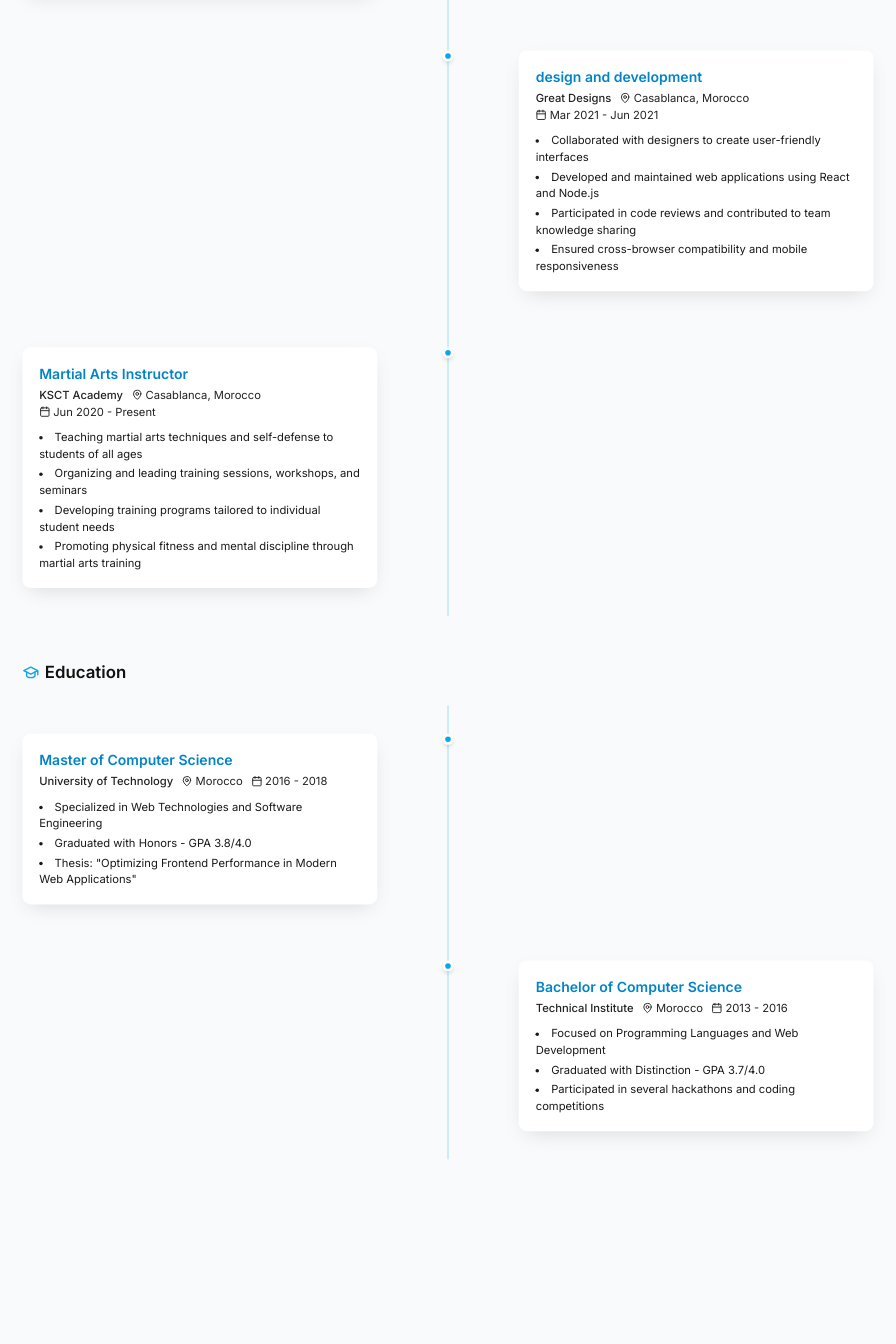
Repository: Abdelilah-Lakrim/Personal_Portfolio
Page: /
An editor plug-in stored every save of this project. The page is shown before and after the next save, followed by the edit.
The browser window is 1280 px wide. The pictures show the part of the page from y = 4580 to 6500 px (the page is 7929 px tall before and 7505 px after), at 70% of full size.
The project was rebuilt for these pictures with package versions that can differ from the ones it lists, and the page was loaded fresh each time. Also part of the build but not shown: vite.config.ts.

Above is the page before, as saved 2025-05-21 12:44:46.

### index.html
<!doctype html>
<html lang="en">
  <head>
    <meta charset="UTF-8" />
    <link rel="icon" type="image/svg+xml" href="/favicon.svg" />
    <meta name="viewport" content="width=device-width, initial-scale=1.0" />
    <meta name="description" content="Abdelilah Lakrim - Full Stack Developer Portfolio">
    <title>Abdelilah Lakrim | Full Stack Developer</title>
  </head>
  <body>
    <div id="root"></div>
    <script type="module" src="/src/main.tsx"></script>
  </body>
</html>

### src/App.tsx
import React, { useEffect, useState } from 'react';
import Header from './components/Header';
import Hero from './components/Hero';
import About from './components/About';
import Projects from './components/Projects';
import Experience from './components/Experience';
import Skills from './components/Skills';
import Contact from './components/Contact';
import Footer from './components/Footer';
import Cursor from './components/Cursor';
import ScrollToTop from './components/ScrollToTop';

// Import smooth scrolling
import Lenis from '@studio-freight/lenis';

function App() {
  const [mounted, setMounted] = useState(false);

  useEffect(() => {
    // Initialize smooth scrolling
    const lenis = new Lenis({
      duration: 1.2,
      easing: (t) => Math.min(1, 1.001 - Math.pow(2, -10 * t)),
      orientation: 'vertical',
      gestureOrientation: 'vertical',
      smoothWheel: true,
      smoothTouch: false,
      touchMultiplier: 2,
    });

    function raf(time: number) {
      lenis.raf(time);
      requestAnimationFrame(raf);
    }

    requestAnimationFrame(raf);

    // Add intersection observer for animation on scroll
    const observer = new IntersectionObserver(
      (entries) => {
        entries.forEach((entry) => {
          if (entry.isIntersecting) {
            entry.target.classList.add('animate-visible');
          }
        });
      },
      { threshold: 0.1 }
    );

    const hiddenElements = document.querySelectorAll('.animate-hidden');
    hiddenElements.forEach((el) => observer.observe(el));

    setMounted(true);

    return () => {
      // Cleanup
      hiddenElements.forEach((el) => observer.unobserve(el));
    };
  }, []);

  return (
    <div className="hidden-cursor min-h-screen bg-gray-50">
      {mounted && <Cursor />}
      <Header />
      <main>
        <Hero />
        <About />
        <Skills />
        <Projects />
        <Experience />
        <Contact />
      </main>
      <Footer />
      <ScrollToTop />
    </div>
  );
}

export default App;

### src/index.css
@import url('https://fonts.googleapis.com/css2?family=Inter:wght@300;400;500;600;700&family=Poppins:wght@500;600;700&display=swap');

@tailwind base;
@tailwind components;
@tailwind utilities;

:root {
  --cursor-color: rgba(14, 165, 233, 0.7);
}

* {
  margin: 0;
  padding: 0;
  box-sizing: border-box;
  scroll-behavior: smooth;
}

body {
  @apply bg-gray-50 text-dark-800 font-sans overflow-x-hidden;
}

/* Custom cursor styles */
.custom-cursor {
  position: fixed;
  width: 20px;
  height: 20px;
  border-radius: 50%;
  background-color: var(--cursor-color);
  transform: translate(-50%, -50%);
  pointer-events: none;
  z-index: 9999;
  mix-blend-mode: difference;
  transition: transform 0.2s ease-out, opacity 0.2s ease-out, width 0.2s ease-out, height 0.2s ease-out;
}

.custom-cursor.hover {
  width: 50px;
  height: 50px;
  opacity: 0.5;
}

.hidden-cursor {
  cursor: none;
}

/* Custom scrollbar */
::-webkit-scrollbar {
  width: 8px;
}

::-webkit-scrollbar-track {
  @apply bg-gray-100;
}

::-webkit-scrollbar-thumb {
  @apply bg-primary-500 rounded-full;
}

::-webkit-scrollbar-thumb:hover {
  @apply bg-primary-600;
}

/* Section styles */
.section-container {
  @apply max-w-7xl mx-auto px-4 sm:px-6 lg:px-8 py-20;
}

.section-title {
  @apply text-3xl md:text-4xl lg:text-5xl font-bold font-heading mb-8 text-dark-800 relative;
}

.section-title::after {
  content: '';
  @apply absolute bottom-0 left-0 w-24 h-1 bg-primary-500 mt-2 rounded-full;
}

/* Button styles */
.btn-primary {
  @apply px-6 py-3 bg-primary-500 text-white font-medium rounded-md shadow-md hover:bg-primary-600 transition-all duration-300 transform hover:-translate-y-1 focus:outline-none focus:ring-2 focus:ring-primary-400 focus:ring-opacity-50;
}

.btn-secondary {
  @apply px-6 py-3 bg-transparent border-2 border-primary-500 text-primary-500 font-medium rounded-md shadow-md hover:bg-primary-50 transition-all duration-300 transform hover:-translate-y-1 focus:outline-none focus:ring-2 focus:ring-primary-400 focus:ring-opacity-50;
}

/* 3D card effect */
.tilt-card {
  @apply relative overflow-hidden rounded-xl shadow-smooth bg-white p-6 transition-all duration-300 hover:shadow-neon;
  transform-style: preserve-3d;
  transform: perspective(1000px);
}

.skill-bar {
  @apply h-2 rounded-full bg-gray-200 overflow-hidden mt-2;
}

.skill-progress {
  @apply h-full bg-primary-500 rounded-full;
  transition: width 1.5s ease-in-out;
}

/* Animation classes */
.animate-hidden {
  opacity: 0;
  transform: translateY(30px);
}

.animate-visible {
  opacity: 1;
  transform: translateY(0);
  transition: opacity 0.8s ease, transform 0.8s ease;
}

/* Project card styles */
.project-card {
  @apply relative overflow-hidden rounded-xl shadow-smooth transition-all duration-300;
  transform-style: preserve-3d;
  transform: perspective(1000px);
}

.project-card img {
  @apply transition-all duration-500;
}

.project-card:hover img {
  @apply scale-105;
}

.project-card-content {
  @apply absolute inset-0 p-6 flex flex-col justify-end bg-gradient-to-t from-dark-900/80 to-transparent text-white opacity-0 transition-all duration-300;
}

.project-card:hover .project-card-content {
  @apply opacity-100;
}

/* Timeline styles */
.timeline-container {
  @apply relative;
}

.timeline-container::before {
  content: '';
  @apply absolute left-0 md:left-1/2 h-full w-0.5 bg-primary-200 transform md:-translate-x-1/2;
}

.timeline-item {
  @apply relative pt-10 pb-10;
}

.timeline-dot {
  @apply absolute left-0 md:left-1/2 w-4 h-4 rounded-full bg-primary-500 border-4 border-white shadow-md transform md:-translate-x-1/2 z-10;
}

.timeline-content {
  @apply ml-6 md:ml-0 md:w-5/12 p-6 bg-white rounded-xl shadow-smooth transition-all duration-300 hover:shadow-neon;
}

.timeline-item:nth-child(even) .timeline-content {
  @apply md:ml-auto md:mr-0;
}

.timeline-item:nth-child(odd) .timeline-content {
  @apply md:mr-auto md:ml-0;
}

### src/components/About.tsx
import React from 'react';
import { motion } from 'framer-motion';
import { Code, PaintBucket, Smartphone, Globe } from 'lucide-react';
import { Tilt } from 'react-tilt';

const tiltOptions = {
  max: 15,
  scale: 1.05,
  speed: 1000,
  glare: true,
  "max-glare": 0.1,
};

const About: React.FC = () => {
  const services = [
    {
      title: 'Web Development',
      icon: <Code className="w-10 h-10 text-primary-500" />,
      description:
        'Custom websites with clean code and modern frameworks. Specializing in React, Vue, and Node.js.',
    },
    {
      title: 'UI/UX Design',
      icon: <PaintBucket className="w-10 h-10 text-primary-500" />,
      description:
        'Creative designs that focus on user experience. Wireframing, prototyping, and implementing beautiful interfaces.',
    },
    {
      title: 'Mobile Development',
      icon: <Smartphone className="w-10 h-10 text-primary-500" />,
      description:
        'Native and cross-platform mobile apps for iOS and Android using React Native and Flutter.',
    },
    {
      title: 'E-Commerce Solutions',
      icon: <Globe className="w-10 h-10 text-primary-500" />,
      description:
        'Complete online shopping experiences from product catalogs to secure payment integrations.',
    },
  ];

  return (
    <section id="about" className="py-20">
      <div className="section-container">
        <motion.div
          initial={{ opacity: 0, y: 20 }}
          whileInView={{ opacity: 1, y: 0 }}
          viewport={{ once: true }}
          transition={{ duration: 0.8 }}
          className="animate-hidden"
        >
          <h2 className="section-title">About Me</h2>
          <div className="grid grid-cols-1 lg:grid-cols-2 gap-12 items-center">
            {/* About content */}
            <div>
              <p className="text-lg text-dark-700 mb-6">
                Hi there! I'm <span className="font-semibold text-primary-600">Abdelilah Lakrim</span>, a passionate Full Stack Developer based in Morocco with over 3 years of experience in creating beautiful, functional, and user-centered digital experiences.
              </p>
              <p className="text-lg text-dark-700 mb-6">
                With a strong foundation in both front-end and back-end technologies, I enjoy bringing ideas to life in the browser. My approach combines clean code, intuitive design, and performance optimization to deliver exceptional digital experiences.
              </p>
              <p className="text-lg text-dark-700 mb-8">
                When I'm not coding, you'll find me exploring new technologies, contributing to open-source projects, or enjoying nature. I'm always open to new challenges and opportunities to grow.
              </p>

              {/* Personal details */}
              <div className="grid grid-cols-1 md:grid-cols-2 gap-y-4 gap-x-8 mb-8">
                <div>
                  <h3 className="text-dark-800 font-semiboldi">Name:</h3>
                  <p>Abdelilah Lakrim</p>
                </div>
                <div>
                  <h3 className="text-dark-800 font-semibold">Email:</h3>
                  <p>lakrimabdelilah@gmail.com</p>
                </div>
                <div>
                  <h3 className="text-dark-800 font-semibold">Location:</h3>
                  <p>Casablanca, Morocco</p>
                </div>
                <div>
                  <h3 className="text-dark-800 font-semibold">Availability:</h3>
                  <p>Available for freelance</p>
                </div>
              </div>

              <a href="/abdelilah-lakrim-resume.pdf" className="btn-primary">
                Download Resume
              </a>
            </div>

            {/* Services */}
            <div className="grid grid-cols-1 sm:grid-cols-2 gap-4">
              {services.map((service, index) => (
                <Tilt key={index} options={tiltOptions}>
                  <div className="tilt-card h-full">
                    <div className="mb-4">{service.icon}</div>
                    <h3 className="text-xl font-semibold text-dark-800 mb-2">
                      {service.title}
                    </h3>
                    <p className="text-dark-600">{service.description}</p>
                  </div>
                </Tilt>
              ))}
            </div>
          </div>
        </motion.div>
      </div>
    </section>
  );
};

export default About;

### src/components/Experience.tsx
import React from 'react';
import { motion } from 'framer-motion';
import { Calendar, MapPin, Briefcase } from 'lucide-react';

interface ExperienceItem {
  id: number;
  position: string;
  company: string;
  location: string;
  duration: string;
  description: string[];
}

const Experience: React.FC = () => {
  const experiences: ExperienceItem[] = [
    {
      id: 1,
      position: 'Full Stack Web Developer',
      company: 'LeBahutdesEntrepreneurs.',
      location: 'Remote',
      duration: 'apr 2025 - Present',
      description: [
        'Building and maintaining responsive web applications',
        'Implemented modern UI/UX designs using React, TypeScript, and Tailwind CSS',
        'Reduced page load time by 40% through code optimization and lazy loading techniques',
        'Integrated third-party APIs and services to extend application functionality',
      ],
    },
    {
      id: 2,
      position: 'design and development',
      company: 'Great Designs',
      location: 'Casablanca, Morocco',
      duration: 'Mar 2021 - Jun 2021',
      description: [
        'Collaborated with designers to create user-friendly interfaces',
        'Developed and maintained web applications using React and Node.js',
        'Participated in code reviews and contributed to team knowledge sharing',
        'Ensured cross-browser compatibility and mobile responsiveness',
      ],
    },
    {
      id: 3,
      position: 'Martial Arts Instructor',
      company: 'KSCT Academy',
      location: 'Casablanca, Morocco',
      duration: 'Jun 2020 - Present',
      description: [
        'Teaching martial arts techniques and self-defense to students of all ages',
        'Organizing and leading training sessions, workshops, and seminars',
        'Developing training programs tailored to individual student needs',
        'Promoting physical fitness and mental discipline through martial arts training',
      ],
    },
  ];

  const education = [
    {
      id: 1,
      degree: 'Master of Computer Science',
      institution: 'University of Technology',
      location: 'Morocco',
      duration: '2016 - 2018',
      description: [
        'Specialized in Web Technologies and Software Engineering',
        'Graduated with Honors - GPA 3.8/4.0',
        'Thesis: "Optimizing Frontend Performance in Modern Web Applications"',
      ],
    },
    {
      id: 2,
      degree: 'Bachelor of Computer Science',
      institution: 'Technical Institute',
      location: 'Morocco',
      duration: '2013 - 2016',
      description: [
        'Focused on Programming Languages and Web Development',
        'Graduated with Distinction - GPA 3.7/4.0',
        'Participated in several hackathons and coding competitions',
      ],
    },
  ];

  return (
    <section id="experience" className="py-20 bg-gray-50">
      <div className="section-container">
        <h2 className="section-title">Experience & Education</h2>

        {/* Work Experience */}
        <div className="mb-16">
          <h3 className="text-2xl font-semibold text-dark-800 mb-8 flex items-center">
            <Briefcase className="w-6 h-6 mr-2 text-primary-500" />
            Work Experience
          </h3>

          <div className="timeline-container">
            {experiences.map((exp, index) => (
              <motion.div
                key={exp.id}
                className="timeline-item"
                initial={{ opacity: 0, y: 50 }}
                whileInView={{ opacity: 1, y: 0 }}
                viewport={{ once: true, margin: "-100px" }}
                transition={{ duration: 0.5, delay: index * 0.1 }}
              >
                <div className="timeline-dot"></div>
                <div className="timeline-content">
                  <h4 className="text-xl font-semibold text-primary-600">{exp.position}</h4>
                  <div className="flex flex-wrap items-center text-dark-600 mt-1 mb-3">
                    <span className="font-medium mr-3">{exp.company}</span>
                    <span className="flex items-center mr-3">
                      <MapPin className="w-4 h-4 mr-1" />
                      {exp.location}
                    </span>
                    <span className="flex items-center">
                      <Calendar className="w-4 h-4 mr-1" />
                      {exp.duration}
                    </span>
                  </div>
                  <ul className="list-disc list-inside text-dark-700 space-y-1">
                    {exp.description.map((item, i) => (
                      <li key={i}>{item}</li>
                    ))}
                  </ul>
                </div>
              </motion.div>
            ))}
          </div>
        </div>

        {/* Education */}
        <div>
          <h3 className="text-2xl font-semibold text-dark-800 mb-8 flex items-center">
            <svg
              xmlns="http://www.w3.org/2000/svg"
              className="w-6 h-6 mr-2 text-primary-500"
              viewBox="0 0 24 24"
              fill="none"
              stroke="currentColor"
              strokeWidth="2"
              strokeLinecap="round"
              strokeLinejoin="round"
            >
              <path d="M22 10v6M2 10l10-5 10 5-10 5z"/>
              <path d="M6 12v5c0 2 2 3 6 3s6-1 6-3v-5"/>
            </svg>
            Education
          </h3>

          <div className="timeline-container">
            {education.map((edu, index) => (
              <motion.div
                key={edu.id}
                className="timeline-item"
                initial={{ opacity: 0, y: 50 }}
                whileInView={{ opacity: 1, y: 0 }}
                viewport={{ once: true, margin: "-100px" }}
                transition={{ duration: 0.5, delay: index * 0.1 }}
              >
                <div className="timeline-dot"></div>
                <div className="timeline-content">
                  <h4 className="text-xl font-semibold text-primary-600">{edu.degree}</h4>
                  <div className="flex flex-wrap items-center text-dark-600 mt-1 mb-3">
                    <span className="font-medium mr-3">{edu.institution}</span>
                    <span className="flex items-center mr-3">
                      <MapPin className="w-4 h-4 mr-1" />
                      {edu.location}
                    </span>
                    <span className="flex items-center">
                      <Calendar className="w-4 h-4 mr-1" />
                      {edu.duration}
                    </span>
                  </div>
                  <ul className="list-disc list-inside text-dark-700 space-y-1">
                    {edu.description.map((item, i) => (
                      <li key={i}>{item}</li>
                    ))}
                  </ul>
                </div>
              </motion.div>
            ))}
          </div>
        </div>
      </div>
    </section>
  );
};

export default Experience;

### src/components/Cursor.tsx
import React, { useEffect, useState } from 'react';

const Cursor: React.FC = () => {
  const [position, setPosition] = useState({ x: 0, y: 0 });
  const [hidden, setHidden] = useState(false);
  const [clicked, setClicked] = useState(false);
  const [hovering, setHovering] = useState(false);

  useEffect(() => {
    const updatePosition = (e: MouseEvent) => {
      setPosition({ x: e.clientX, y: e.clientY });
    };

    const handleMouseEnter = () => setHidden(false);
    const handleMouseLeave = () => setHidden(true);
    const handleMouseDown = () => setClicked(true);
    const handleMouseUp = () => setClicked(false);

    const handleLinkHover = () => setHovering(true);
    const handleLinkLeave = () => setHovering(false);

    // Add event listeners
    window.addEventListener('mousemove', updatePosition);
    document.body.addEventListener('mouseenter', handleMouseEnter);
    document.body.addEventListener('mouseleave', handleMouseLeave);
    window.addEventListener('mousedown', handleMouseDown);
    window.addEventListener('mouseup', handleMouseUp);

    // Add hover effect for links and buttons
    const interactiveElements = document.querySelectorAll('a, button, .tilt-card, .project-card');
    interactiveElements.forEach(el => {
      el.addEventListener('mouseenter', handleLinkHover);
      el.addEventListener('mouseleave', handleLinkLeave);
    });

    return () => {
      window.removeEventListener('mousemove', updatePosition);
      document.body.removeEventListener('mouseenter', handleMouseEnter);
      document.body.removeEventListener('mouseleave', handleMouseLeave);
      window.removeEventListener('mousedown', handleMouseDown);
      window.removeEventListener('mouseup', handleMouseUp);

      interactiveElements.forEach(el => {
        el.removeEventListener('mouseenter', handleLinkHover);
        el.removeEventListener('mouseleave', handleLinkLeave);
      });
    };
  }, []);

  const cursorStyle = {
    left: `${position.x}px`,
    top: `${position.y}px`,
    transform: `translate(-50%, -50%) scale(${clicked ? 0.8 : 1})`,
    opacity: hidden ? 0 : 1,
  };

  const cursorClass = `custom-cursor ${hovering ? 'hover' : ''}`;

  return <div className={cursorClass} style={cursorStyle}></div>;
};

export default Cursor;

### src/components/ScrollToTop.tsx
import React, { useEffect, useState } from 'react';
import { ArrowUp } from 'lucide-react';

const ScrollToTop: React.FC = () => {
  const [isVisible, setIsVisible] = useState(false);

  useEffect(() => {
    const toggleVisibility = () => {
      if (window.scrollY > 500) {
        setIsVisible(true);
      } else {
        setIsVisible(false);
      }
    };

    window.addEventListener('scroll', toggleVisibility);

    return () => window.removeEventListener('scroll', toggleVisibility);
  }, []);

  const scrollToTop = () => {
    window.scrollTo({
      top: 0,
      behavior: 'smooth',
    });
  };

  return (
    <button
      onClick={scrollToTop}
      className={`fixed bottom-8 right-8 p-3 rounded-full bg-primary-500 text-white shadow-lg hover:bg-primary-600 transition-all duration-300 z-50 ${
        isVisible ? 'opacity-100 translate-y-0' : 'opacity-0 translate-y-10 pointer-events-none'
      }`}
      aria-label="Scroll to top"
    >
      <ArrowUp className="w-6 h-6" />
    </button>
  );
};

export default ScrollToTop;

Loaded but not shown: src/main.tsx (common file); tailwind.config.js (95 lines, source omitted); src/components/Projects.tsx (249 lines, source omitted); src/components/Contact.tsx (241 lines, source omitted); src/components/Hero.tsx (178 lines, source omitted); src/components/Footer.tsx (154 lines, source omitted); src/components/Skills.tsx (161 lines, source omitted); src/components/Header.tsx (145 lines, source omitted)

After the next save:
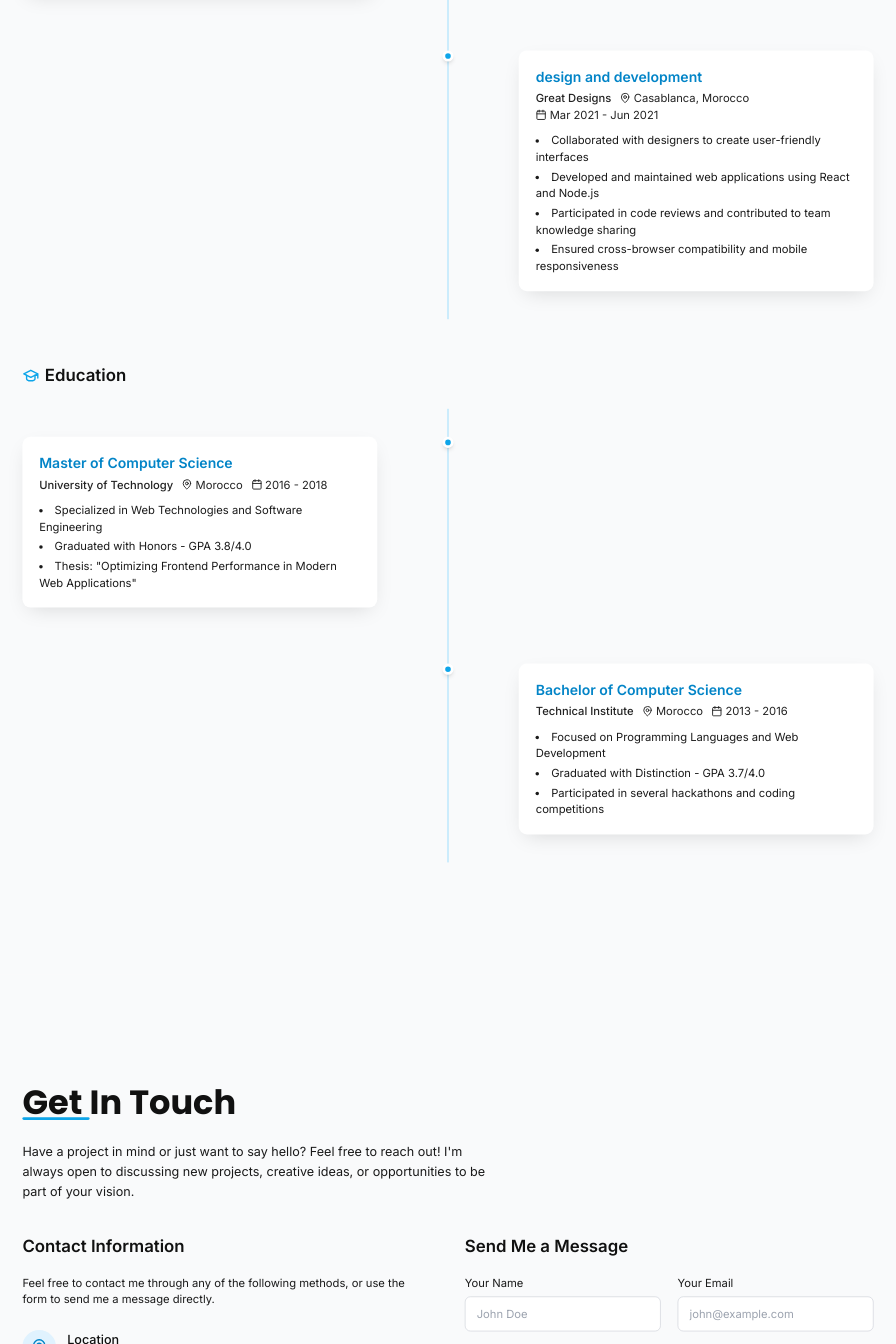
Saved 29 s later.
--- a/src/components/Experience.tsx
+++ b/src/components/Experience.tsx
@@ -39,19 +39,7 @@ const Experience: React.FC = () => {
         'Ensured cross-browser compatibility and mobile responsiveness',
       ],
     },
-    {
-      id: 3,
-      position: 'Martial Arts Instructor',
-      company: 'KSCT Academy',
-      location: 'Casablanca, Morocco',
-      duration: 'Jun 2020 - Present',
-      description: [
-        'Teaching martial arts techniques and self-defense to students of all ages',
-        'Organizing and leading training sessions, workshops, and seminars',
-        'Developing training programs tailored to individual student needs',
-        'Promoting physical fitness and mental discipline through martial arts training',
-      ],
-    },
+
   ];
 
   const education = [
